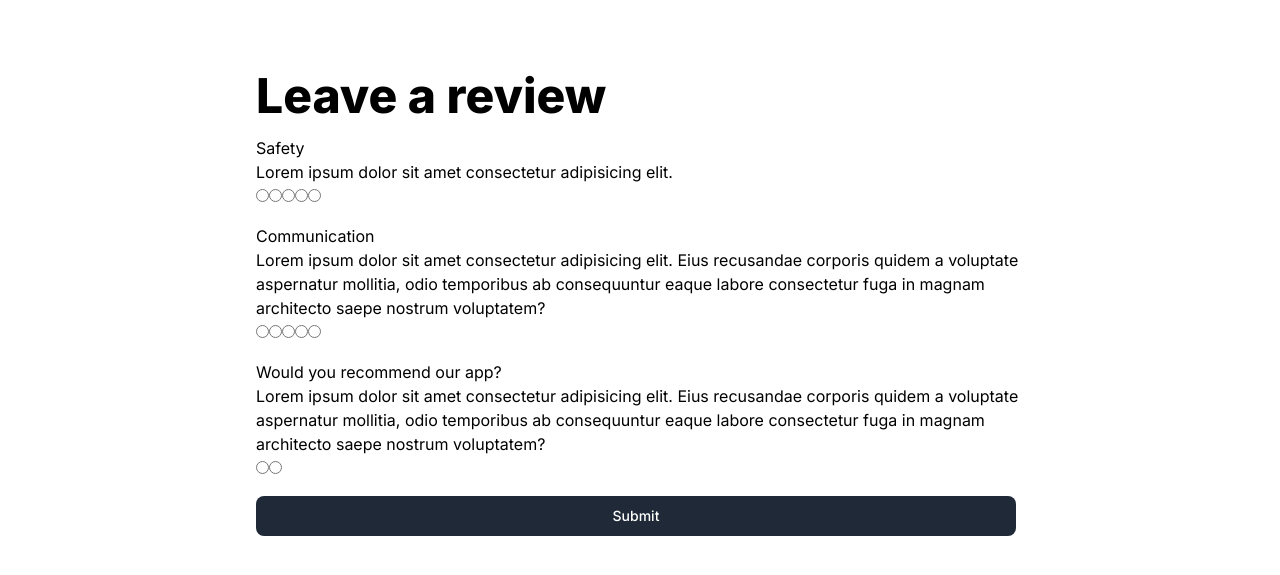
Repository: akankshaajoshi/review-form
Page: /review
The author's editor kept a copy of each file at every save. The page is drawn from the files as they stood at one save, then again after the next save.
The browser window is 1280 px wide. The pictures show the whole page.
The project was rebuilt for these pictures with package versions that can differ from the ones it lists, and the page was loaded fresh each time. The framework's server and built-in components were replaced by stand-ins that run in the browser. Also part of the build but not shown: next.config.mjs.

Above is the page before, as saved 2024-05-25 12:33:25.

### app/(routes)/review/page.tsx
'use client'
import { useFormState, useFormStatus } from "react-dom";
import {createReview} from "@/app/actions"

const initialState = {
    message: null,
}

function SubmitButton(){
    const {pending} = useFormStatus();
    return (
        <button type="submit" className="text-white bg-gray-800 hover:bg-gray-900 focus:outline-none focus:ring-4 focus:ring-gray-300 font-medium rounded-lg text-sm px-5 py-2.5 me-2 mb-2 dark:bg-gray-800 dark:hover:bg-gray-700 dark:focus:ring-gray-700 dark:border-gray-700" aria-disabled={pending}>
            Submit
        </button>
    )
}

export default function Review(){
    const ratings = [1, 2, 3, 4, 5];
    const [state, formAction] = useFormState(createReview, initialState);
    return (
        <div className="flex flex-col items-center w-[100vw] h-[100vh]">
            <div className="flex flex-col gap-y-4 items-left mt-[10vh] h-[80vh] w-[60vw]">
            <h2 className="text-5xl font-extrabold">Leave a review</h2>
            {state?.message}
            <form action={formAction} className="flex flex-col gap-y-4">
                <fieldset>
                    <label htmlFor="safety">Safety</label>
                    <p>Lorem ipsum dolor sit amet consectetur adipisicing elit. </p>
                    {ratings.map((item, index) =>{
                        return (
                            <input key={index} type="radio" name="safety" id={item.toString()} value={item}/>
                        )
                    })}
                </fieldset>
                <fieldset>
                    <label htmlFor="communication">Communication</label>
                    <p>Lorem ipsum dolor sit amet consectetur adipisicing elit. Eius recusandae corporis quidem a voluptate aspernatur mollitia, odio temporibus ab consequuntur eaque labore consectetur fuga in magnam architecto saepe nostrum voluptatem?</p>
                    {ratings.map((item, index) =>{
                        return (
                            <input key={index} type="radio" name="communication" id={item.toString()} value={item}/>
                        )
                    })}
                </fieldset>
                <fieldset>
                    <label htmlFor="recommend">Would you recommend our app? </label>
                    <p>Lorem ipsum dolor sit amet consectetur adipisicing elit. Eius recusandae corporis quidem a voluptate aspernatur mollitia, odio temporibus ab consequuntur eaque labore consectetur fuga in magnam architecto saepe nostrum voluptatem?</p>
                    <input type="radio" name="recommend" id="true" value="true" />
                    <input type="radio" name="recommend" id="false" value="false"/>
                </fieldset>
                <SubmitButton/>
            </form>
            </div>
        </div>
    )
}

### app/actions.tsx
'use server'

import {revalidatePath} from "next/cache";
import {sql} from "@vercel/postgres"
import {z} from 'zod'
// CREATE TABLE reviews (
//     id SERIAL PRIMARY KEY,
//      safety INTEGER NOT NULL,
//     communication INTEGER NOT NULL,
//      recommend VARCHAR(5) NOT NULL );
export async function createReview(prevState: {message: string}, formData: FormData){

    const schema = z.object({
        safety: z.number(),
        communication: z.number(),
        recommend: z.string(),
    })
    const parse = schema.safeParse({
        safety: Number(formData.get('safety')),
        communication: Number(formData.get('communication')),
        recommend: formData.get('recommend'),
    })

    if (!parse.success) {
        console.log("incorrect parse")
        return { message: "Failed to create todo" };
      }

    const data = parse.data

    try{
        await sql`
        INSERT INTO reviews(safety, communication, recommend) VALUES (${data.safety}, ${data.communication}, ${data.recommend})
        `
        // revalidatePath('/reviews/' )
        return {message: `Added review successfully.`}
    }catch(err){
        console.log(err)
        return {message: `Failed to add review.`}
    }
}

Loaded but not shown: app/layout.tsx (common file); app/globals.css (common file); tailwind.config.ts (common file)

After the next save:
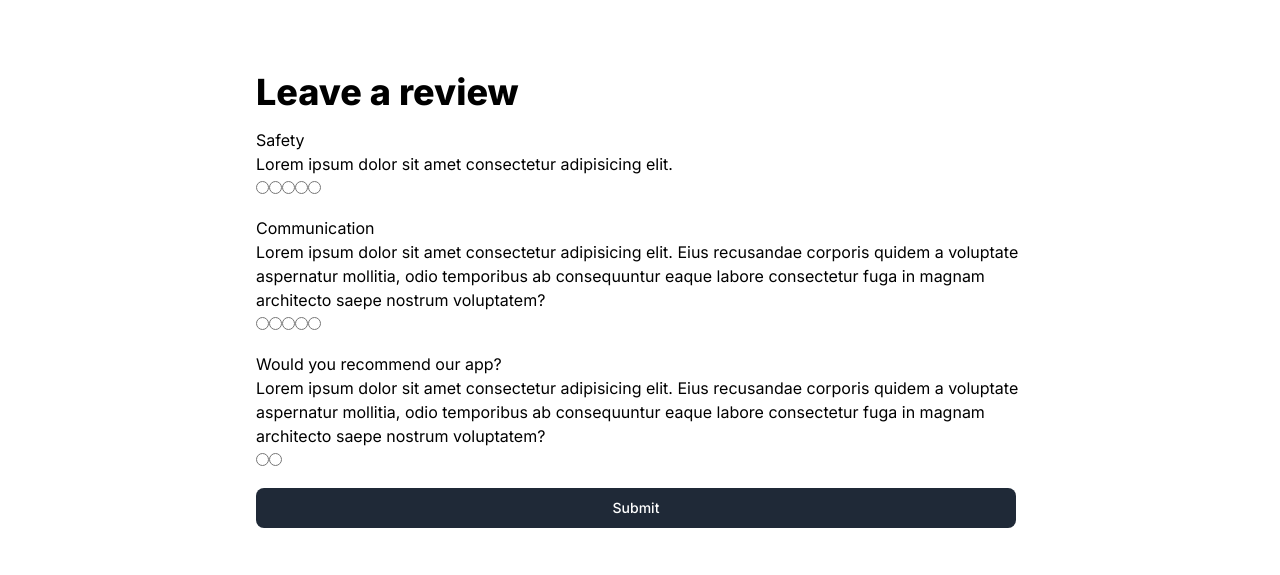
Saved 7 s later.
--- a/app/(routes)/review/page.tsx
+++ b/app/(routes)/review/page.tsx
@@ -21,7 +21,7 @@ export default function Review(){
     return (
         <div className="flex flex-col items-center w-[100vw] h-[100vh]">
             <div className="flex flex-col gap-y-4 items-left mt-[10vh] h-[80vh] w-[60vw]">
-            <h2 className="text-5xl font-extrabold">Leave a review</h2>
+            <h2 className="text-4xl font-extrabold">Leave a review</h2>
             {state?.message}
             <form action={formAction} className="flex flex-col gap-y-4">
                 <fieldset>
